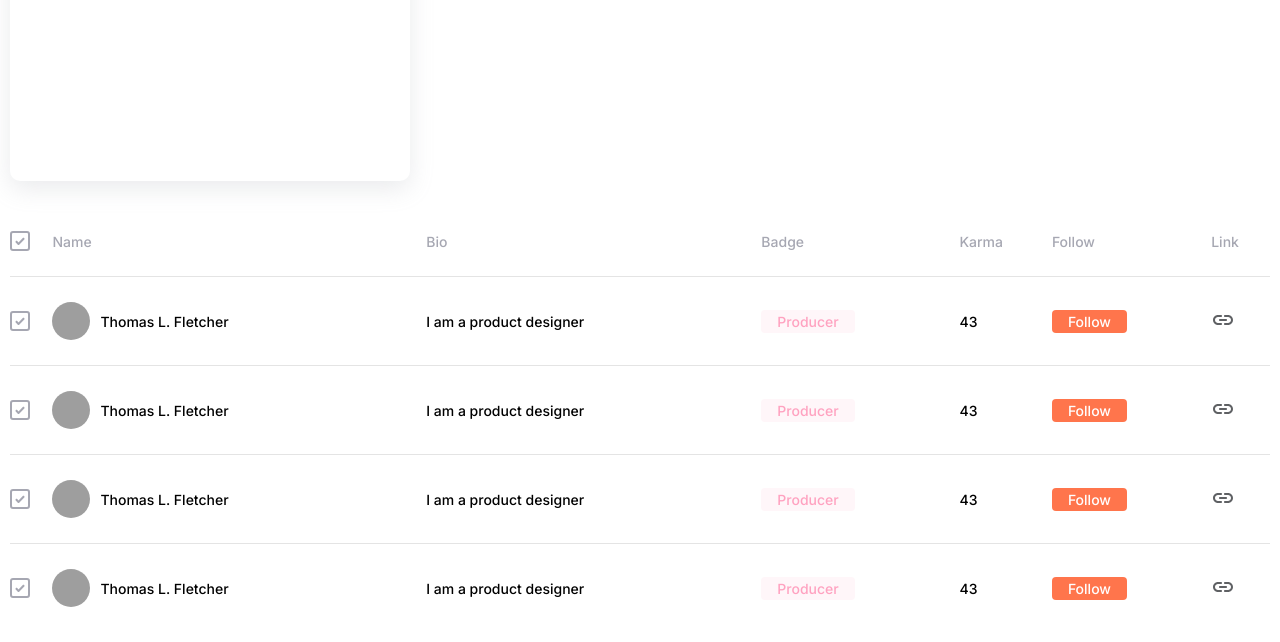
Repository: anhphapap/CSS
Page: test.html
The author's editor kept a copy of each file at every save. The page is drawn from the files as they stood at one save, then again after the next save.
The browser window is 1280 px wide. The pictures show the part of the page from y = 642 to 1284 px (the page is 1284 px tall before and 1281 px after).
Pictures or frames that could not be fetched are drawn as grey boxes. A picture or video elsewhere on the page could not be fetched, so the positions and the page height are approximate.

Above is the page before, as saved 2023-04-09 18:51:08.

### test.html
<!DOCTYPE html>
<html lang="en">
<head>
    <meta charset="UTF-8">
    <meta http-equiv="X-UA-Compatible" content="IE=edge">
    <meta name="viewport" content="width=device-width, initial-scale=1.0">
    <title>Document</title>
    <link rel="stylesheet" href="./CSS/test.css">
    <link rel="preconnect" href="https://fonts.googleapis.com">
    <link rel="preconnect" href="https://fonts.gstatic.com" crossorigin>
    <link href="https://fonts.googleapis.com/css2?family=Inter:wght@500;600;700&display=swap" rel="stylesheet">
</head>
<body>
    <div class="container">
        <span>ANH PHA</span>
    </div>
    <div class="header">
        <div class="button">
            <svg xmlns="http://www.w3.org/2000/svg" fill="none" viewBox="0 0 24 24" stroke-width="1.5" stroke="currentColor" class="w-6 h-6">
                <path stroke-linecap="round" stroke-linejoin="round" d="M9.594 3.94c.09-.542.56-.94 1.11-.94h2.593c.55 0 1.02.398 1.11.94l.213 1.281c.063.374.313.686.645.87.074.04.147.083.22.127.324.196.72.257 1.075.124l1.217-.456a1.125 1.125 0 011.37.49l1.296 2.247a1.125 1.125 0 01-.26 1.431l-1.003.827c-.293.24-.438.613-.431.992a6.759 6.759 0 010 .255c-.007.378.138.75.43.99l1.005.828c.424.35.534.954.26 1.43l-1.298 2.247a1.125 1.125 0 01-1.369.491l-1.217-.456c-.355-.133-.75-.072-1.076.124a6.57 6.57 0 01-.22.128c-.331.183-.581.495-.644.869l-.213 1.28c-.09.543-.56.941-1.11.941h-2.594c-.55 0-1.02-.398-1.11-.94l-.213-1.281c-.062-.374-.312-.686-.644-.87a6.52 6.52 0 01-.22-.127c-.325-.196-.72-.257-1.076-.124l-1.217.456a1.125 1.125 0 01-1.369-.49l-1.297-2.247a1.125 1.125 0 01.26-1.431l1.004-.827c.292-.24.437-.613.43-.992a6.932 6.932 0 010-.255c.007-.378-.138-.75-.43-.99l-1.004-.828a1.125 1.125 0 01-.26-1.43l1.297-2.247a1.125 1.125 0 011.37-.491l1.216.456c.356.133.751.072 1.076-.124.072-.044.146-.087.22-.128.332-.183.582-.495.644-.869l.214-1.281z" />
                <path stroke-linecap="round" stroke-linejoin="round" d="M15 12a3 3 0 11-6 0 3 3 0 016 0z" />
            </svg>
        </div>
        <div class="bag">
            <svg xmlns="http://www.w3.org/2000/svg" fill="none" viewBox="0 0 24 24" stroke-width="1.5" stroke="currentColor" class="w-6 h-6">
                <path stroke-linecap="round" stroke-linejoin="round" d="M15.75 10.5V6a3.75 3.75 0 10-7.5 0v4.5m11.356-1.993l1.263 12c.07.665-.45 1.243-1.119 1.243H4.25a1.125 1.125 0 01-1.12-1.243l1.264-12A1.125 1.125 0 015.513 7.5h12.974c.576 0 1.059.435 1.119 1.007zM8.625 10.5a.375.375 0 11-.75 0 .375.375 0 01.75 0zm7.5 0a.375.375 0 11-.75 0 .375.375 0 01.75 0z" />
            </svg>
        </div>
    </div>
    <section class="form">
        <!-- Custom checkbox -->
        <label for="checkbox" class="check-label">
            <input type="checkbox" id="checkbox" class="checkbox">
            <div class="check-box">
                <svg width="8" height="6" viewBox="0 0 8 6" fill="none" xmlns="http://www.w3.org/2000/svg">
                    <path d="M7.7172 0.16899C7.49188 -0.0563299 7.1539 -0.0563299 6.92858 0.16899L2.70384 4.39373L0.957608 2.64751C0.732289 2.42219 0.394309 2.42219 0.16899 2.64751C-0.0563299 2.87283 -0.0563299 3.21081 0.16899 3.43612L2.30953 5.57666C2.42219 5.68932 2.53485 5.74565 2.70384 5.74565C2.87283 5.74565 2.98549 5.68932 3.09814 5.57666L7.7172 0.957609C7.94252 0.732289 7.94252 0.394309 7.7172 0.16899Z" fill="currentColor"/>
                    </svg>
            </div>
        </label>
        <label for="checkbox1" class="check-label">
            <input type="checkbox" id="checkbox1" class="checkbox">
            <div class="check-box">
                <svg width="8" height="6" viewBox="0 0 8 6" fill="none" xmlns="http://www.w3.org/2000/svg">
                    <path d="M7.7172 0.16899C7.49188 -0.0563299 7.1539 -0.0563299 6.92858 0.16899L2.70384 4.39373L0.957608 2.64751C0.732289 2.42219 0.394309 2.42219 0.16899 2.64751C-0.0563299 2.87283 -0.0563299 3.21081 0.16899 3.43612L2.30953 5.57666C2.42219 5.68932 2.53485 5.74565 2.70384 5.74565C2.87283 5.74565 2.98549 5.68932 3.09814 5.57666L7.7172 0.957609C7.94252 0.732289 7.94252 0.394309 7.7172 0.16899Z" fill="currentColor"/>
                    </svg>
            </div>
        </label>
        <!-- Custom radio -->
        <label for="radio1" class="radio-label">
            <input type="radio" name="gender" id="radio1" class="radio">
            <div class="check-box1">
                <svg width="8" height="6" viewBox="0 0 8 6" fill="none" xmlns="http://www.w3.org/2000/svg">
                    <path d="M7.7172 0.16899C7.49188 -0.0563299 7.1539 -0.0563299 6.92858 0.16899L2.70384 4.39373L0.957608 2.64751C0.732289 2.42219 0.394309 2.42219 0.16899 2.64751C-0.0563299 2.87283 -0.0563299 3.21081 0.16899 3.43612L2.30953 5.57666C2.42219 5.68932 2.53485 5.74565 2.70384 5.74565C2.87283 5.74565 2.98549 5.68932 3.09814 5.57666L7.7172 0.957609C7.94252 0.732289 7.94252 0.394309 7.7172 0.16899Z" fill="currentColor"/>
                    </svg>
            </div>
        </label>
        <label for="radio2" class="radio-label">
            <input type="radio" name="gender" id="radio2" class="radio">
            <div class="check-box1">
                <svg width="8" height="6" viewBox="0 0 8 6" fill="none" xmlns="http://www.w3.org/2000/svg">
                    <path d="M7.7172 0.16899C7.49188 -0.0563299 7.1539 -0.0563299 6.92858 0.16899L2.70384 4.39373L0.957608 2.64751C0.732289 2.42219 0.394309 2.42219 0.16899 2.64751C-0.0563299 2.87283 -0.0563299 3.21081 0.16899 3.43612L2.30953 5.57666C2.42219 5.68932 2.53485 5.74565 2.70384 5.74565C2.87283 5.74565 2.98549 5.68932 3.09814 5.57666L7.7172 0.957609C7.94252 0.732289 7.94252 0.394309 7.7172 0.16899Z" fill="currentColor"/>
                    </svg>
            </div>
        </label>
        <!-- Toggle -->
        <label for="toggle" class="toggle-label">
            <input type="checkbox" id="toggle" name="status" class="toggle-check">
            <div class="toggle">
                <div class="toggle-circle">
                </div>
            </div>
        </label>
    </section>
    <div class="drop-down">
        <div class="drop-button">
            <p>Day by day</p>
            <svg width="8" height="5" viewBox="0 0 8 5" fill="none" xmlns="http://www.w3.org/2000/svg">
                <path d="M4.18731 4.51196C3.98715 4.76216 3.6066 4.76216 3.40644 4.51196L0.0568265 0.324938C-0.047936 0.193985 0.045299 -6.77664e-07 0.213 -6.63003e-07L7.38075 -3.63788e-08C7.54845 -2.17179e-08 7.64169 0.193986 7.53692 0.324939L4.18731 4.51196Z" fill="#777E90"/>
            </svg>
        </div>
        <ul class="drop-list">
            <li class="drop-item">Timeline</li>
            <li class="drop-item">Calendar</li>
            <li class="drop-item">Maps</li>
        </ul>
    </div>
    <div class="card">
        <div class="card-image">
            <img src="https://images.unsplash.com/photo-1680267954710-5d1e0c53d5fe?ixlib=rb-4.0.3&ixid=MnwxMjA3fDB8MHxwaG90by1wYWdlfHx8fGVufDB8fHx8&auto=format&fit=crop&w=464&q=80" alt="" class="card-img">
        </div>
    </div>

    <div class="table">
        <table>
            <thead>
                <tr>
                    <th>
                        <div class="tcheck-box">
                            <label for="tcheck0" class="tcheck-label">
                                <input type="checkbox" name="tcheck" id="tcheck0" class="tcheck">
                                <div class="tcheck-cus">
                                    <svg width="10" height="9" viewBox="0 0 10 9" fill="none" xmlns="http://www.w3.org/2000/svg">
                                        <path d="M3.5 5.375L2.20711 4.08211C1.81658 3.69158 1.18342 3.69158 0.792893 4.08211L0.707107 4.16789C0.316583 4.55842 0.316583 5.19158 0.707107 5.58211L2.79289 7.66789C3.18342 8.05842 3.81658 8.05842 4.20711 7.66789L9.29289 2.58211C9.68342 2.19158 9.68342 1.55842 9.29289 1.16789L9.20711 1.08211C8.81658 0.691583 8.18342 0.691583 7.79289 1.08211L3.5 5.375Z" fill="#A6A7B2"/>
                                        </svg>
                                </div>
                            </label>
                        </div>
                    </th>
                    <th>Name</th>
                    <th>Bio</th>
                    <th>Badge</th>
                    <th>Karma</th>
                    <th>Follow</th>
                    <th>Link</th>
                </tr>
            </thead>
            <tbody>
                <tr>
                    <td>
                        <div class="tcheck-box">
                            <label for="tcheck1" class="tcheck-label">
                                <input type="checkbox" name="tcheck" id="tcheck1" class="tcheck">
                                <div class="tcheck-cus">
                                    <svg width="10" height="9" viewBox="0 0 10 9" fill="none" xmlns="http://www.w3.org/2000/svg">
                                        <path d="M3.5 5.375L2.20711 4.08211C1.81658 3.69158 1.18342 3.69158 0.792893 4.08211L0.707107 4.16789C0.316583 4.55842 0.316583 5.19158 0.707107 5.58211L2.79289 7.66789C3.18342 8.05842 3.81658 8.05842 4.20711 7.66789L9.29289 2.58211C9.68342 2.19158 9.68342 1.55842 9.29289 1.16789L9.20711 1.08211C8.81658 0.691583 8.18342 0.691583 7.79289 1.08211L3.5 5.375Z" fill="#A6A7B2"/>
                                        </svg>
                                </div>
                            </label>
                        </div>
                    </td>
                    <td>
                        <div class="user">
                            <img src="https://images.unsplash.com/photo-1680267954710-5d1e0c53d5fe?ixlib=rb-4.0.3&ixid=MnwxMjA3fDB8MHxwaG90by1wYWdlfHx8fGVufDB8fHx8&auto=format&fit=crop&w=464&q=80" alt="" class="user-img">
                            <div class="user-name">Thomas L. Fletcher</div>
                        </div>
                    </td>
                    <td>
                        <span>I am a product designer</span>
                    </td>
                    <td>
                        <div class="status">
                            Producer
                        </div>
                    </td>
                    <td>
                        <span>43</span>
                    </td>
                    <td>
                        <div class="follow">
                            Follow
                        </div>
                    </td>
                    <td>
                        <svg width="24" height="24" viewBox="0 0 24 24" fill="none" xmlns="http://www.w3.org/2000/svg">
                            <path fill-rule="evenodd" clip-rule="evenodd" d="M2 12C2 9.23858 4.23858 7 7 7H10C10.5523 7 11 7.44772 11 8C11 8.55228 10.5523 9 10 9H7C5.34315 9 4 10.3431 4 12C4 13.6569 5.34315 15 7 15H10C10.5523 15 11 15.4477 11 16C11 16.5523 10.5523 17 10 17H7C4.23858 17 2 14.7614 2 12Z" fill="#5F6164"/>
                            <path fill-rule="evenodd" clip-rule="evenodd" d="M13 8C13 7.44772 13.4477 7 14 7H17C19.7614 7 22 9.23858 22 12C22 14.7614 19.7614 17 17 17H14C13.4477 17 13 16.5523 13 16C13 15.4477 13.4477 15 14 15H17C18.6569 15 20 13.6569 20 12C20 10.3431 18.6569 9 17 9H14C13.4477 9 13 8.55228 13 8Z" fill="#5F6164"/>
                            <path fill-rule="evenodd" clip-rule="evenodd" d="M8 12C8 11.4477 8.44772 11 9 11H15C15.5523 11 16 11.4477 16 12C16 12.5523 15.5523 13 15 13H9C8.44772 13 8 12.5523 8 12Z" fill="#5F6164"/>
                            </svg>
                    </td>
                </tr>
                <tr>
                    <td>
                        <div class="tcheck-box">
                            <label for="tcheck2" class="tcheck-label">
                                <input type="checkbox" name="tcheck" id="tcheck2" class="tcheck">
                                <div class="tcheck-cus">
                                    <svg width="10" height="9" viewBox="0 0 10 9" fill="none" xmlns="http://www.w3.org/2000/svg">
                                        <path d="M3.5 5.375L2.20711 4.08211C1.81658 3.69158 1.18342 3.69158 0.792893 4.08211L0.707107 4.16789C0.316583 4.55842 0.316583 5.19158 0.707107 5.58211L2.79289 7.66789C3.18342 8.05842 3.81658 8.05842 4.20711 7.66789L9.29289 2.58211C9.68342 2.19158 9.68342 1.55842 9.29289 1.16789L9.20711 1.08211C8.81658 0.691583 8.18342 0.691583 7.79289 1.08211L3.5 5.375Z" fill="#A6A7B2"/>
                                        </svg>
                                </div>
                            </label>
                        </div>
                    </td>
                    <td>
                        <div class="user">
                            <img src="https://images.unsplash.com/photo-1680267954710-5d1e0c53d5fe?ixlib=rb-4.0.3&ixid=MnwxMjA3fDB8MHxwaG90by1wYWdlfHx8fGVufDB8fHx8&auto=format&fit=crop&w=464&q=80" alt="" class="user-img">
                            <div class="user-name">Thomas L. Fletcher</div>
                        </div>
                    </td>
                    <td>
                        <span>I am a product designer</span>
                    </td>
                    <td>
                        <div class="status">
                            Producer
                        </div>
                    </td>
                    <td>
                        <span>43</span>
                    </td>
                    <td>
                        <div class="follow">
                            Follow
                        </div>
                    </td>
                    <td>
                        <svg width="24" height="24" viewBox="0 0 24 24" fill="none" xmlns="http://www.w3.org/2000/svg">
                            <path fill-rule="evenodd" clip-rule="evenodd" d="M2 12C2 9.23858 4.23858 7 7 7H10C10.5523 7 11 7.44772 11 8C11 8.55228 10.5523 9 10 9H7C5.34315 9 4 10.3431 4 12C4 13.6569 5.34315 15 7 15H10C10.5523 15 11 15.4477 11 16C11 16.5523 10.5523 17 10 17H7C4.23858 17 2 14.7614 2 12Z" fill="#5F6164"/>
                            <path fill-rule="evenodd" clip-rule="evenodd" d="M13 8C13 7.44772 13.4477 7 14 7H17C19.7614 7 22 9.23858 22 12C22 14.7614 19.7614 17 17 17H14C13.4477 17 13 16.5523 13 16C13 15.4477 13.4477 15 14 15H17C18.6569 15 20 13.6569 20 12C20 10.3431 18.6569 9 17 9H14C13.4477 9 13 8.55228 13 8Z" fill="#5F6164"/>
                            <path fill-rule="evenodd" clip-rule="evenodd" d="M8 12C8 11.4477 8.44772 11 9 11H15C15.5523 11 16 11.4477 16 12C16 12.5523 15.5523 13 15 13H9C8.44772 13 8 12.5523 8 12Z" fill="#5F6164"/>
                            </svg>
                    </td>
                </tr>
                <tr>
                    <td>
                        <div class="tcheck-box">
                            <label for="tcheck3" class="tcheck-label">
                                <input type="checkbox" name="tcheck" id="tcheck3" class="tcheck">
                                <div class="tcheck-cus">
                                    <svg width="10" height="9" viewBox="0 0 10 9" fill="none" xmlns="http://www.w3.org/2000/svg">
                                        <path d="M3.5 5.375L2.20711 4.08211C1.81658 3.69158 1.18342 3.69158 0.792893 4.08211L0.707107 4.16789C0.316583 4.55842 0.316583 5.19158 0.707107 5.58211L2.79289 7.66789C3.18342 8.05842 3.81658 8.05842 4.20711 7.66789L9.29289 2.58211C9.68342 2.19158 9.68342 1.55842 9.29289 1.16789L9.20711 1.08211C8.81658 0.691583 8.18342 0.691583 7.79289 1.08211L3.5 5.375Z" fill="#A6A7B2"/>
                                        </svg>
                                </div>
                            </label>
                        </div>
                    </td>
                    <td>
                        <div class="user">
                            <img src="https://images.unsplash.com/photo-1680267954710-5d1e0c53d5fe?ixlib=rb-4.0.3&ixid=MnwxMjA3fDB8MHxwaG90by1wYWdlfHx8fGVufDB8fHx8&auto=format&fit=crop&w=464&q=80" alt="" class="user-img">
                            <div class="user-name">Thomas L. Fletcher</div>
                        </div>
                    </td>
                    <td>
                        <span>I am a product designer</span>
                    </td>
                    <td>
                        <div class="status">
                            Producer
                        </div>
                    </td>
                    <td>
                        <span>43</span>
                    </td>
                    <td>
                        <div class="follow">
                            Follow
                        </div>
                    </td>
                    <td>
                        <svg width="24" height="24" viewBox="0 0 24 24" fill="none" xmlns="http://www.w3.org/2000/svg">
                            <path fill-rule="evenodd" clip-rule="evenodd" d="M2 12C2 9.23858 4.23858 7 7 7H10C10.5523 7 11 7.44772 11 8C11 8.55228 10.5523 9 10 9H7C5.34315 9 4 10.3431 4 12C4 13.6569 5.34315 15 7 15H10C10.5523 15 11 15.4477 11 16C11 16.5523 10.5523 17 10 17H7C4.23858 17 2 14.7614 2 12Z" fill="#5F6164"/>
                            <path fill-rule="evenodd" clip-rule="evenodd" d="M13 8C13 7.44772 13.4477 7 14 7H17C19.7614 7 22 9.23858 22 12C22 14.7614 19.7614 17 17 17H14C13.4477 17 13 16.5523 13 16C13 15.4477 13.4477 15 14 15H17C18.6569 15 20 13.6569 20 12C20 10.3431 18.6569 9 17 9H14C13.4477 9 13 8.55228 13 8Z" fill="#5F6164"/>
                            <path fill-rule="evenodd" clip-rule="evenodd" d="M8 12C8 11.4477 8.44772 11 9 11H15C15.5523 11 16 11.4477 16 12C16 12.5523 15.5523 13 15 13H9C8.44772 13 8 12.5523 8 12Z" fill="#5F6164"/>
                            </svg>
                    </td>
                </tr>
                <tr>
                    <td>
                        <div class="tcheck-box">
                            <label for="tcheck4" class="tcheck-label">
                                <input type="checkbox" name="tcheck" id="tcheck4" class="tcheck">
                                <div class="tcheck-cus">
                                    <svg width="10" height="9" viewBox="0 0 10 9" fill="none" xmlns="http://www.w3.org/2000/svg">
                                        <path d="M3.5 5.375L2.20711 4.08211C1.81658 3.69158 1.18342 3.69158 0.792893 4.08211L0.707107 4.16789C0.316583 4.55842 0.316583 5.19158 0.707107 5.58211L2.79289 7.66789C3.18342 8.05842 3.81658 8.05842 4.20711 7.66789L9.29289 2.58211C9.68342 2.19158 9.68342 1.55842 9.29289 1.16789L9.20711 1.08211C8.81658 0.691583 8.18342 0.691583 7.79289 1.08211L3.5 5.375Z" fill="#A6A7B2"/>
                                        </svg>
                                </div>
                            </label>
                        </div>
                    </td>
                    <td>
                        <div class="user">
                            <img src="https://images.unsplash.com/photo-1680267954710-5d1e0c53d5fe?ixlib=rb-4.0.3&ixid=MnwxMjA3fDB8MHxwaG90by1wYWdlfHx8fGVufDB8fHx8&auto=format&fit=crop&w=464&q=80" alt="" class="user-img">
                            <div class="user-name">Thomas L. Fletcher</div>
                        </div>
                    </td>
                    <td>
                        <span>I am a product designer</span>
                    </td>
                    <td>
                        <div class="status">
                            Producer
                        </div>
                    </td>
                    <td>
                        <span>43</span>
                    </td>
                    <td>
                        <div class="follow">
                            Follow
                        </div>
                    </td>
                    <td>
                        <svg width="24" height="24" viewBox="0 0 24 24" fill="none" xmlns="http://www.w3.org/2000/svg">
                            <path fill-rule="evenodd" clip-rule="evenodd" d="M2 12C2 9.23858 4.23858 7 7 7H10C10.5523 7 11 7.44772 11 8C11 8.55228 10.5523 9 10 9H7C5.34315 9 4 10.3431 4 12C4 13.6569 5.34315 15 7 15H10C10.5523 15 11 15.4477 11 16C11 16.5523 10.5523 17 10 17H7C4.23858 17 2 14.7614 2 12Z" fill="#5F6164"/>
                            <path fill-rule="evenodd" clip-rule="evenodd" d="M13 8C13 7.44772 13.4477 7 14 7H17C19.7614 7 22 9.23858 22 12C22 14.7614 19.7614 17 17 17H14C13.4477 17 13 16.5523 13 16C13 15.4477 13.4477 15 14 15H17C18.6569 15 20 13.6569 20 12C20 10.3431 18.6569 9 17 9H14C13.4477 9 13 8.55228 13 8Z" fill="#5F6164"/>
                            <path fill-rule="evenodd" clip-rule="evenodd" d="M8 12C8 11.4477 8.44772 11 9 11H15C15.5523 11 16 11.4477 16 12C16 12.5523 15.5523 13 15 13H9C8.44772 13 8 12.5523 8 12Z" fill="#5F6164"/>
                            </svg>
                    </td>
                </tr>
            </tbody>
        </table>
    </div>
</body>
</html>

Loaded but not shown: CSS/test.css (353 lines, source omitted)

After the next save:
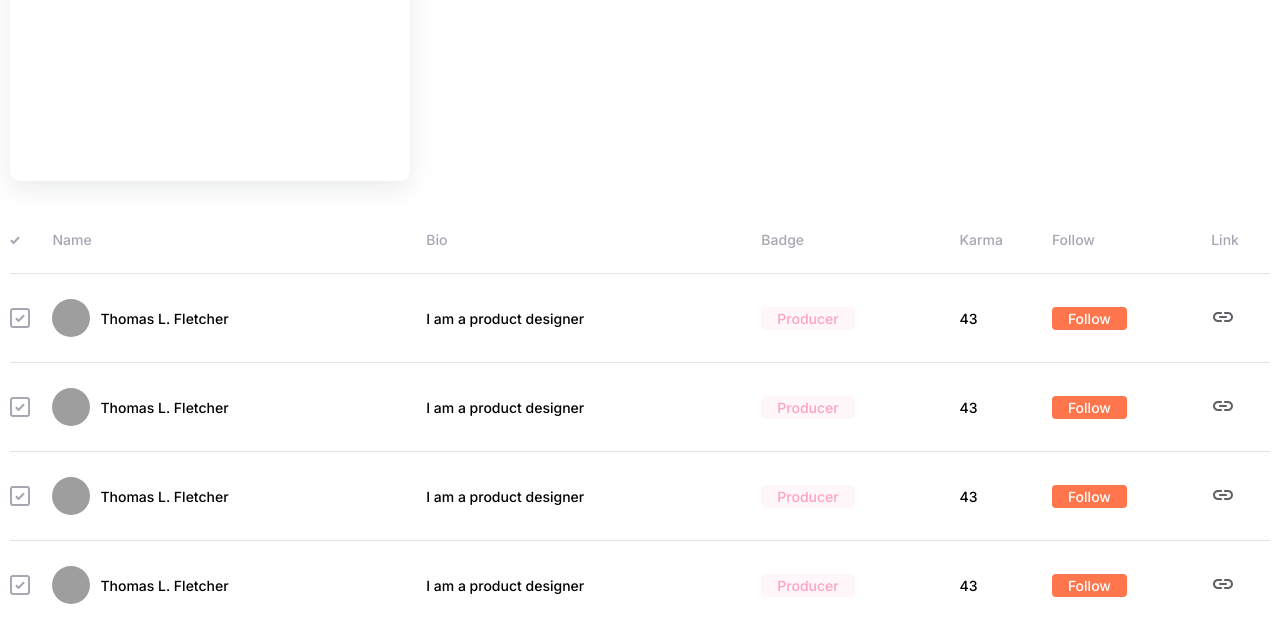
Saved 3 min 9 s later.
--- a/test.html
+++ b/test.html
@@ -98,7 +98,7 @@
                         <div class="tcheck-box">
                             <label for="tcheck0" class="tcheck-label">
                                 <input type="checkbox" name="tcheck" id="tcheck0" class="tcheck">
-                                <div class="tcheck-cus">
+                                <div class="tcheck-cus0">
                                     <svg width="10" height="9" viewBox="0 0 10 9" fill="none" xmlns="http://www.w3.org/2000/svg">
                                         <path d="M3.5 5.375L2.20711 4.08211C1.81658 3.69158 1.18342 3.69158 0.792893 4.08211L0.707107 4.16789C0.316583 4.55842 0.316583 5.19158 0.707107 5.58211L2.79289 7.66789C3.18342 8.05842 3.81658 8.05842 4.20711 7.66789L9.29289 2.58211C9.68342 2.19158 9.68342 1.55842 9.29289 1.16789L9.20711 1.08211C8.81658 0.691583 8.18342 0.691583 7.79289 1.08211L3.5 5.375Z" fill="#A6A7B2"/>
                                         </svg>
